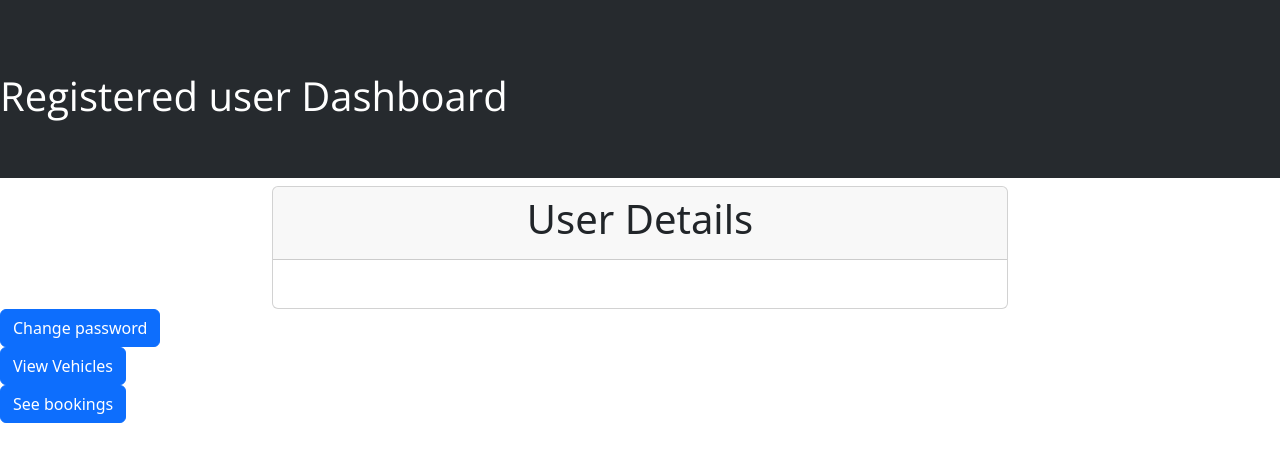
Repository: VimashaVishvani/VehicleRental
Page: http://localhost/Vehicle_rentalDb/registeredUser.jsp
An editor plug-in stored every save of this project. The page is shown before and after the next save, followed by the edit.
The browser window is 1280 px wide. The pictures show the whole page.
The page is served by Tomcat 9. Other server files are loaded and not shown.

Above is the page before, as saved 2024-05-12 09:26:59.

### Vehicle_rentalDb/src/main/webapp/registeredUser.jsp
<%@ page language="java" contentType="text/html; charset=ISO-8859-1" pageEncoding="ISO-8859-1"%>
<%@ taglib prefix="c" uri="http://java.sun.com/jsp/jstl/core"%>
<!DOCTYPE html>
<html>
<head>
<link href="https://fonts.googleapis.com/css2?family=Open+Sans&display=swap" rel="stylesheet">

<style>
	.dashboard{
	padding-top:10vh;
	padding-bottom:8vh;
    background-color:#262A2E; /* Pale background color */
    font-family: 'Open Sans', sans-serif; /* Use Open Sans font */
    color: #ffffff; /* White text color */

	}

</style>
    <meta charset="ISO-8859-1">
    <title>Car Owner</title>
    <link href="https://cdn.jsdelivr.net/npm/bootstrap@5.3.3/dist/css/bootstrap.min.css" rel="stylesheet" integrity="sha384-QWTKZyjpPEjISv5WaRU9OFeRpok6YctnYmDr5pNlyT2bRjXh0JMhjY6hW+ALEwIH" crossorigin="anonymous">
</head>
<body>

<c:if test="${param.result == 'booked'}">
    <script type="text/javascript">
        alert('You booked the car!');
    </script>
</c:if>
<c:if test="${param.result == 'Deleted'}">
    <script type="text/javascript">
        alert('record deleted!'');
    </script>
</c:if>

<h1 class="dashboard">Registered user Dashboard</h1>

<div class="container">
    <div class="row">
        <div class="col-md-8 offset-md-2">
            <div class="card">
                <div class="card-header">
                    <h1 class="text-center">User Details</h1>
                </div>
                <div class="card-body">
                    <table class="table">
                        <c:forEach var="user" items="${sessionScope.userDetails}">
                            <tr>
                                <td>Customer ID</td>
                                <td>${user.id}</td>
                            </tr>
                            <tr>
                                <td>Customer Name</td>
                                <td>${user.name}</td>
                            </tr>
                            <tr>
                                <td>Customer Email</td>
                                <td>${user.gmail}</td>
                            </tr>
                            <tr>
                                <td>Customer Phone</td>
                                <td>${user.phoneNumber}</td>
                            </tr>
                        </c:forEach>
                    </table>
                </div>
            </div>
        </div>
    </div>
</div>

<c:set var="userId" value="${sessionScope.userDetails[0].id}" />
<c:set var="pass" value="${sessionScope.userDetails[0].password}" />
<a href="userChangePw.jsp?id=${userId}&result=a&pw=${pass}" class="btn btn-primary">Change password</a>


<form action="vehicleServelet" method="get">
    <input type="hidden" value="${userId}" name="id">
    <input type="hidden" value="viewAvailableVehicle" name="task">
    <button type="submit"  class="btn btn-primary">View Vehicles</button>
</form>

<form action="bookingServlet" method="get">
    <input type="hidden" value="${userId}" name="id">
    <input type="hidden" value="ViewBookings" name="task">
    <button type="submit"  class="btn btn-primary">See bookings</button>
</form>

</body>
</html>

After the next save:
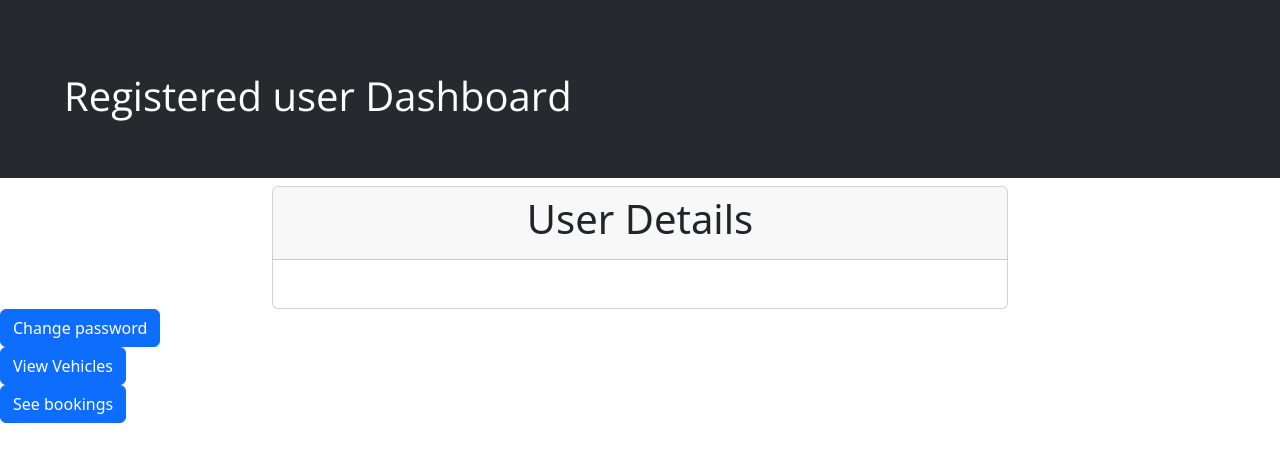
Saved 23 s later.
--- a/Vehicle_rentalDb/src/main/webapp/registeredUser.jsp
+++ b/Vehicle_rentalDb/src/main/webapp/registeredUser.jsp
@@ -8,10 +8,12 @@
 <style>
 	.dashboard{
 	padding-top:10vh;
+	padding-left:5%;
 	padding-bottom:8vh;
     background-color:#262A2E; /* Pale background color */
     font-family: 'Open Sans', sans-serif; /* Use Open Sans font */
     color: #ffffff; /* White text color */
+
 
 	}
 
